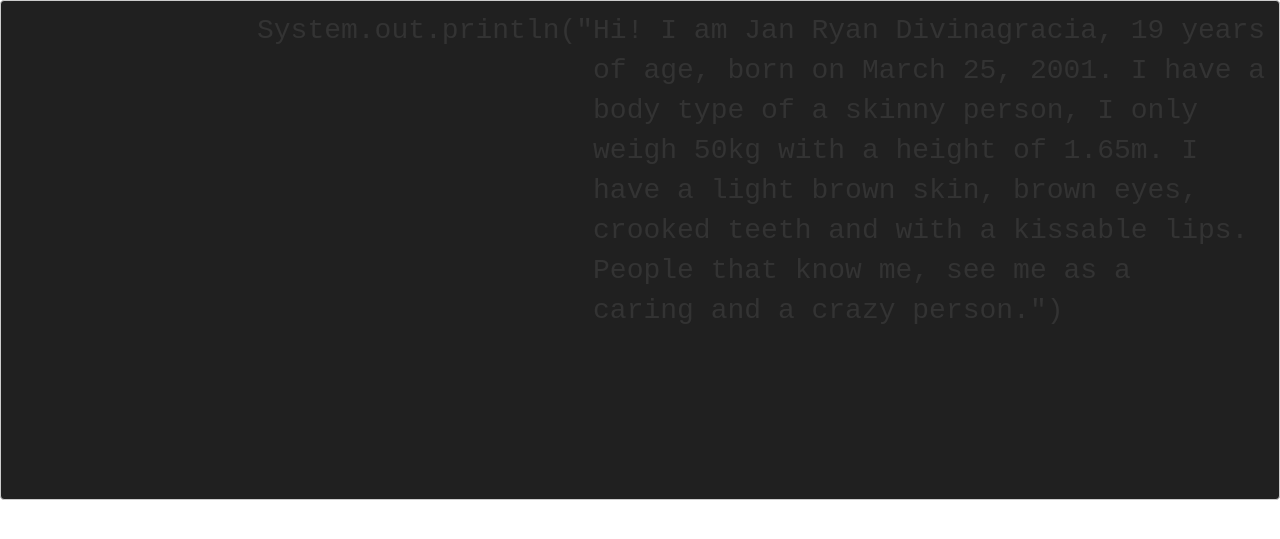
Repository: janry-gracia/Divinagracia_FinalProject
Page: Pages/storyofmylife.html
These files come from the project's save history. The page is drawn as it stood at one moment and after the next save; the edit follows.
The browser window is 1280 px wide. The pictures show the whole page.

Above is the page before, as saved 2021-05-17 23:05:32.
Console error: TypeError: Cannot read properties of null (reading 'addEventListener')

### Pages/storyofmylife.html
<!DOCTYPE html>
<html lang="en">
<head>
    <meta charset="UTF-8">
    <meta http-equiv="X-UA-Compatible" content="IE=edge">
    <meta name="viewport" content="width=device-width, initial-scale=1.0">
    <title>Story of My Life</title>
    <link rel="stylesheet" href="/css/bootstrap.css">
    <link rel="stylesheet" href="/css/storyofmylife.css">
</head>
<body>

    <div class="container-fluid ">

        <div class="container-fluid typewriter">
            <pre class="message">System.out.println("Hi! I am Jan Ryan Divinagracia, 19 years
                    of age, born on March 25, 2001. I have a
                    body type of a skinny person, I only
                    weigh 50kg with a height of 1.65m. I
                    have a light brown skin, brown eyes,
                    crooked teeth and with a kissable lips.
                    People that know me, see me as a
                    caring and a crazy person.")
            </pre>
        </div>


    </div>


    <script src ="/js/jquery-3.6.0.min.js"></script>
    <script src="/js/bootstrap.js"></script>
    <script src="/js/script.js"></script>

</body>
</html>

### css/storyofmylife.css
@import url('https://fonts.googleapis.com/css2?family=Fira+Code:wght@300;400;500&display=swap');

*{
    padding: 0;
    margin: 0;
    box-sizing: border-box;
}

html, body{
    height: 100%;
    width: 100%;
    overflow: hidden;

}

.container-fluid{
    padding: 0;
    margin: 0;
    box-sizing: border-box;
}

.message{
    padding-left: 20%;
    height: 500px;
    background-color: rgb(32, 32, 32);
    font-family: 'Fire Code', monospace;
    font-size: 2em;
}

### js/script.js
let btn1= document.querySelector(".box1");
let btn2 = document.querySelector(".box2");
let text = document.querySelector(".greeting");
let frontpage = document.querySelector(".frontpage");
let secondpage = document.querySelector(".secondpage");
let button = document.querySelector(".button");
let logo = document.querySelector(".logo");



btn1.addEventListener("click", function() {
    btn1.classList.add("box1transition");
    btn1.style.transition = "transform 3s";
    btn2.classList.add("box2transition");
    btn2.style.transition = "transform 3s";
    text.style.animationName = "hidecontent";

    setTimeout(function () {
        window.open('Pages/backpage.html', '_self');
    }, 2500);

});


btn2.addEventListener("click", function() {
    btn1.classList.add("box1transition");
    btn1.style.transition = "transform 3s";
    btn2.classList.add("box2transition");
    btn2.style.transition = "transform 3s";
    text.style.animationName = "hidecontent";
    setTimeout(function () {
        window.open('Pages/backpage.html', '_self');
    }, 2500);

});


text.addEventListener("click", function() {
    btn1.classList.add("box1transition");
    btn1.style.transition = "transform 3s";
    btn2.classList.add("box2transition");
    btn2.style.transition = "transform 3s";
    text.style.animationName = "hidecontent";
    setTimeout(function () {
        window.open('Pages/backpage.html', '_self');
    }, 2500);

});

Loaded but not shown: css/bootstrap.css (library); js/jquery-3.6.0.min.js (library); js/bootstrap.js (library)

After the next save:
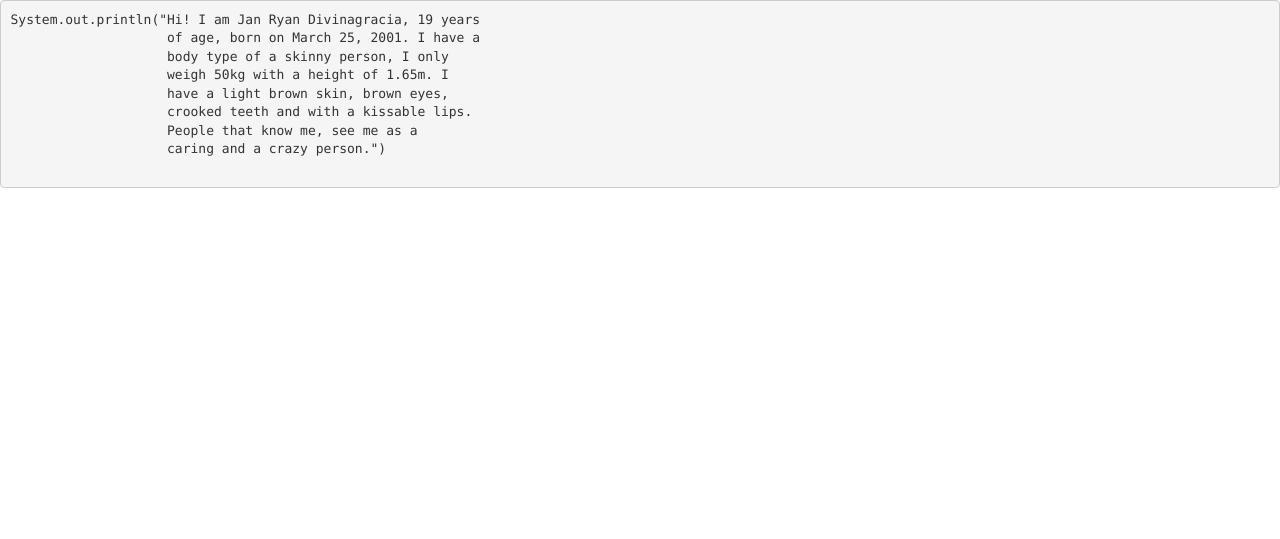
Saved 2 min 4 s later.
--- a/css/storyofmylife.css
+++ b/css/storyofmylife.css
@@ -19,7 +19,7 @@
     box-sizing: border-box;
 }
 
-.message{
+.message pre{
     padding-left: 20%;
     height: 500px;
     background-color: rgb(32, 32, 32);

After the save that followed:
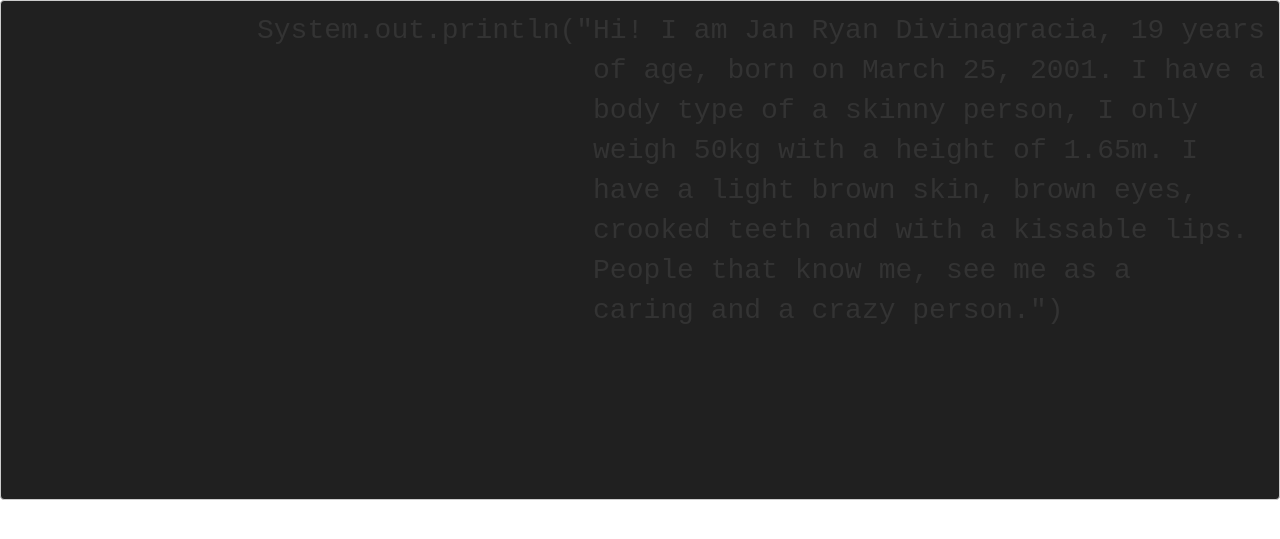
Saved 48 s later.
--- a/css/storyofmylife.css
+++ b/css/storyofmylife.css
@@ -19,10 +19,23 @@
     box-sizing: border-box;
 }
 
-.message pre{
+.message{
     padding-left: 20%;
     height: 500px;
     background-color: rgb(32, 32, 32);
     font-family: 'Fire Code', monospace;
     font-size: 2em;
+
+
 }
+
+.message pre{
+    overflow: hidden; /* Ensures the content is not revealed until the animation */
+  border-right: .15em solid orange; /* The typwriter cursor */
+  white-space: nowrap; /* Keeps the content on a single line */
+  margin: 0 auto; /* Gives that scrolling effect as the typing happens */
+  letter-spacing: .15em; /* Adjust as needed */
+  animation:
+    typing 3.5s steps(40, end),
+    blink-caret .75s step-end infinite;
+}
